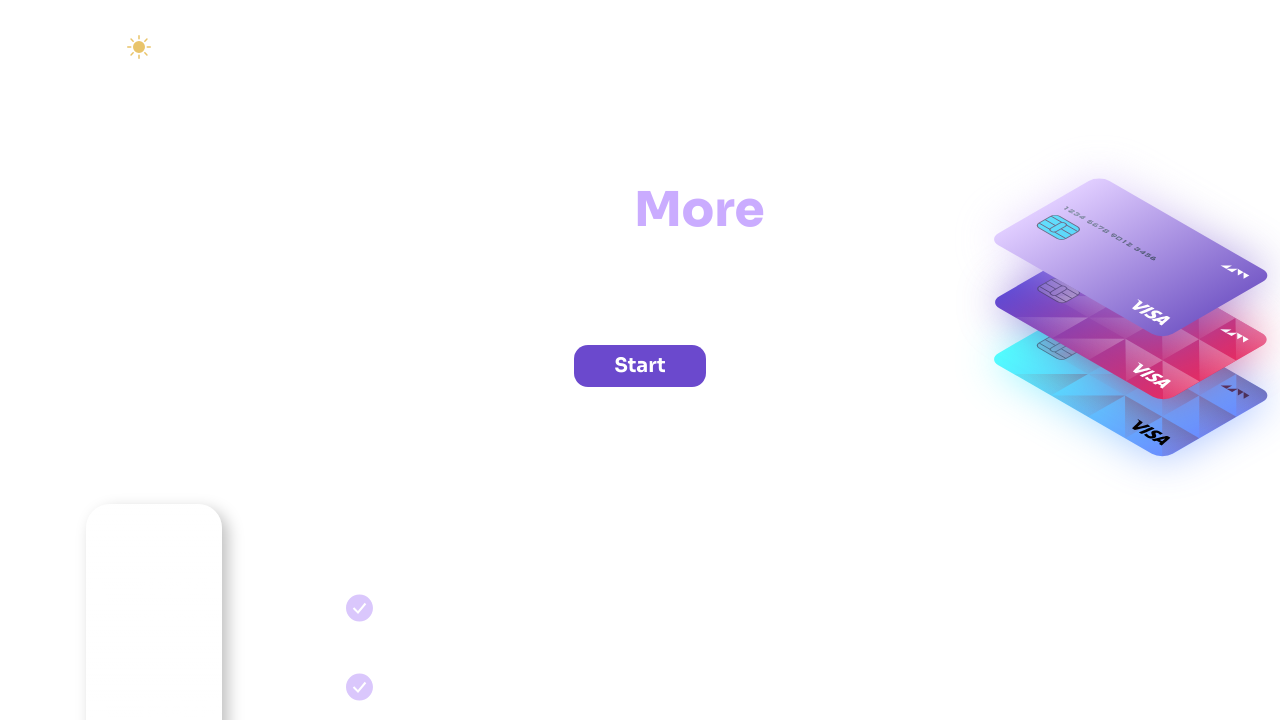
Repository: NBlue/react-tailwind
Page: /
An editor plug-in stored every save of this project. The page is shown before and after the next save, followed by the edit.
The browser window is 1280 px wide. The pictures show the whole page.
An inner scrolling area shows only its first screen. The project was rebuilt for these pictures with package versions that can differ from the ones it lists, and the page was loaded fresh each time. Also part of the build but not shown: src/App.css.

Above is the page before, as saved 2022-03-29 15:09:16.

### public/index.html
<!DOCTYPE html>
<html lang="en">

<head>
  <meta charset="utf-8" />
  <link rel="icon" href="%PUBLIC_URL%/favicon.ico" />
  <meta name="viewport" content="width=device-width, initial-scale=1" />
  <meta name="theme-color" content="#000000" />
  <meta name="description" content="Web site created using create-react-app" />
  <link rel="apple-touch-icon" href="%PUBLIC_URL%/logo192.png" />
  <!--
      manifest.json provides metadata used when your web app is installed on a
      user's mobile device or desktop. See https://developers.google.com/web/fundamentals/web-app-manifest/
    -->
  <link rel="manifest" href="%PUBLIC_URL%/manifest.json" />
  <!--
      Notice the use of %PUBLIC_URL% in the tags above.
      It will be replaced with the URL of the `public` folder during the build.
      Only files inside the `public` folder can be referenced from the HTML.

      Unlike "/favicon.ico" or "favicon.ico", "%PUBLIC_URL%/favicon.ico" will
      work correctly both with client-side routing and a non-root public URL.
      Learn how to configure a non-root public URL by running `npm run build`.
    -->
  <link rel="preconnect" href="https://fonts.googleapis.com">
  <link rel="preconnect" href="https://fonts.gstatic.com" crossorigin>
  <link
    href="https://fonts.googleapis.com/css2?family=Poppins:wght@300;400;500;600;700&family=Sora:wght@600;700;800&display=swap"
    rel="stylesheet">
  <title>React App</title>
</head>

<body>
  <noscript>You need to enable JavaScript to run this app.</noscript>
  <div id="root"></div>
  <!--
      This HTML file is a template.
      If you open it directly in the browser, you will see an empty page.

      You can add webfonts, meta tags, or analytics to this file.
      The build step will place the bundled scripts into the <body> tag.

      To begin the development, run `npm start` or `yarn start`.
      To create a production bundle, use `npm run build` or `yarn build`.
    -->
</body>

</html>

### src/index.js
import React from "react";
import ReactDOM from "react-dom";
import "./index.css";
import App from "./App";

ReactDOM.render(
    <React.StrictMode>
        <App />
    </React.StrictMode>,
    document.getElementById("root")
);

// If you want to start measuring performance in your app, pass a function
// to log results (for example: reportWebVitals(console.log))
// or send to an analytics endpoint. Learn more: https://bit.ly/CRA-vitals

### src/index.css
@tailwind base;
@tailwind components;
@tailwind utilities;

/* Giống mixi trong scss, tái sử dụng code */
@layer components {
    .check-content {
        @apply mb-[51px] flex gap-8 ml-[70px] mr-[29px] items-center;
    }
    .nav-hover {
        @apply hover:text-purple-500 transition-all duration-500 cursor-pointer;
    }
}

### src/App.js
import "./App.css";
import Content from "./component/Content/Content";
import NavBar from "./component/Navbar/Navbar";
import Slogan from "./component/Slogan/Slogan";

import { useEffect, useState } from "react";

function App() {
    const [windowSize, setWindowSize] = useState({
        width: undefined,
        height: undefined,
    });
    const [isMobile, setMobile] = useState(false);

    // Set windowSize để tùy chỉnh màn hình, useEffect này thuộc trường hợp 2 lấy ngay lần đầu
    useEffect(() => {
        const handleSize = () => {
            setWindowSize({
                width: window.innerWidth,
                height: window.innerHeight,
            });
        };
        window.addEventListener("resize", handleSize);
        handleSize();
        return () => window.removeEventListener("resize", handleSize);
    }, []);

    useEffect(() => {
        // Nếu chiều rộng màn hình < 500 thì nó là mobile
        if (windowSize.width < 500) {
            setMobile(true);
        } else {
            setMobile(false);
        }
    }, [windowSize]);

    return (
        <div className="font-sora overflow-y-auto overflow-x-hidden h-screen px-4 py-8 text-white bg-gradient-to-b dark:from-purple-900 to-purple-700">
            <NavBar isMobile={isMobile} />
            <Slogan />
            <Content />
        </div>
    );
}

export default App;

### src/component/Content/Content.jsx
import { FaUser } from "react-icons/fa";
import { BsFillCreditCardFill } from "react-icons/bs";
import checkIconMobile from "../../assets/mobile/checkpoint.svg";

import { useSpring, animated } from "react-spring";

const Content = () => {
    // animation customer bằng react spring
    // Muốn số chạy từ 0 đến 10245
    const customer = useSpring({ customers: 10245, from: { customers: 0 } });
    const card = useSpring({ cards: 12045, from: { cards: 0 } });

    return (
        <section className="md:flex md:flex-row">
            <div className="ml-[70px] mr-[54px] font-bold  flex flex-col items-center bg-gradient-to-b shadow-md from-white/40 to transparent rounded-[24px] text-white">
                <div className="mt-16 gap-8 flex items-start">
                    <FaUser size={"22px"} className="mt-3" />
                    <div className="text-26">
                        <animated.div>
                            {/* Math.floor: làm tròn giá trị */}
                            {customer.customers.to((val) => Math.floor(val))}
                        </animated.div>
                        <p className="text-13 font-semibold">Customer</p>
                    </div>
                </div>
                <div className="mt-16 gap-8 flex items-start">
                    <BsFillCreditCardFill size={"22px"} className="mt-[12px]" />
                    <div className="text-26">
                        <animated.div>
                            {/* Math.floor: làm tròn giá trị */}
                            {card.cards.to((val) => Math.floor(val))}
                        </animated.div>
                        <p className="text-13 font-semibold mb-[36px]">
                            Cards Issued
                        </p>
                    </div>
                </div>
            </div>
            <div className="text-13 flex flex-col w-[100%] mt-[90px] font-semibold">
                <div className="check-content">
                    <img src={checkIconMobile} alt="" />
                    <p> Card reports sent to your phone every weeks</p>
                </div>
                <div className="check-content">
                    <img src={checkIconMobile} alt="" />
                    <p> No external fees</p>
                </div>
                <div className="check-content">
                    <img src={checkIconMobile} alt="" />
                    <p> Set spending limits and restrictions</p>
                </div>
            </div>
        </section>
    );
};
export default Content;

### src/component/Navbar/Navbar.jsx
import { BsFillSunFill } from "react-icons/bs"; //bs là 2 chữ cái đầu tiên
import { HiOutlineMenu } from "react-icons/hi";
import { MdOutlineClose } from "react-icons/md";

import { useState } from "react";

const NavBar = ({ isMobile }) => {
    const [openMenu, setOpenMenu] = useState(false);
    const handleMenu = () => {
        setOpenMenu(!openMenu);
    };
    return (
        <nav className="flex items-center ">
            <div className="flex items-center ">
                <div className="text-[20px] font-bold mr-2">NerdCard</div>
                <BsFillSunFill
                    size={"24px"}
                    color="#e9c46a"
                    className="cursor-pointer"
                />
            </div>
            <ul className="md:flex md:gap-10 ml-auto text-16 font-semibold">
                {/* Nếu openMenu là true thì hiện cái close kia ra ko thì hiện menu hambogo */}
                {openMenu && isMobile ? (
                    <MdOutlineClose
                        size={"24px"}
                        className="cursor-pointer"
                        onClick={handleMenu}
                    />
                ) : !openMenu && isMobile ? (
                    <HiOutlineMenu
                        size={"24px"}
                        className="cursor-pointer"
                        onClick={handleMenu}
                    />
                ) : (
                    <>
                        <li className="nav-hover">Feature</li>
                        <li className="nav-hover">Menu</li>
                        <li className="nav-hover">Out Story</li>
                        <li className="nav-hover ml-28">Contact</li>
                    </>
                )}
                {openMenu && (
                    <div className="absolute right-8 bg-white p-8 text-center text-black text-13 cursor-pointer">
                        <li>Feature</li>
                        <li>Menu</li>
                        <li>Out Story</li>
                        <li>Contact</li>
                    </div>
                )}
            </ul>
        </nav>
    );
};
export default NavBar;

### src/component/Slogan/Slogan.jsx
import Cards from "../../assets/desktop/isocard.svg";

const Slogan = () => {
    return (
        <section className="text-36 my-14 relative font-extrabold md:my-28 md:grid md:grid-cols-3 md:items-center md:text-48">
            <div className="text-center md:col-span-1 md:col-start-2">
                <p>
                    Earn <span className="text-purple-300">More</span>
                </p>
                <p className=""> Pay Less </p>
                <button className="text-20 px-6 py-[6px] font-bold mt-[27px] bg-purple-500 rounded-[14px] hover:bg-pink-500 transition-all duration-300 md:px-10">
                    Start
                </button>
            </div>
            <div className="mt-[69px] md:absolute md:right-[-90px]">
                <img src={Cards} alt="" />
            </div>
        </section>
    );
};

export default Slogan;

### tailwind.config.js
module.exports = {
    content: ["./src/**/*.{js,jsx,ts,tsx}"],
    theme: {
        // Tự custom:
        fontFamily: {
            sora: ["Sora"],
        },
        extend: {
            colors: {
                "purple-200": "#DAC7FC",
                "purple-300": "#CAACFF",
                "purple-500": "#6B49CD",
                "purple-700": "#5D0096",
                "purple-900": "#210035",
                "pink-500": "#AD26FF",
            },
            fontSize: {
                13: "13px",
                14: "14px",
                16: "16px",
                20: "20px",
                26: "26px",
                24: "24px",
                32: "32px",
                36: "36px",
                48: "48px",
            },
            boxShadow: {
                md: "6px 6px 16px 0 rgba(0, 0, 0, 0.25),-4px -4px 12px 0 rgba(255, 255, 255, 0.3);",
            },
        },
    },
    plugins: [],
};

After the next save:
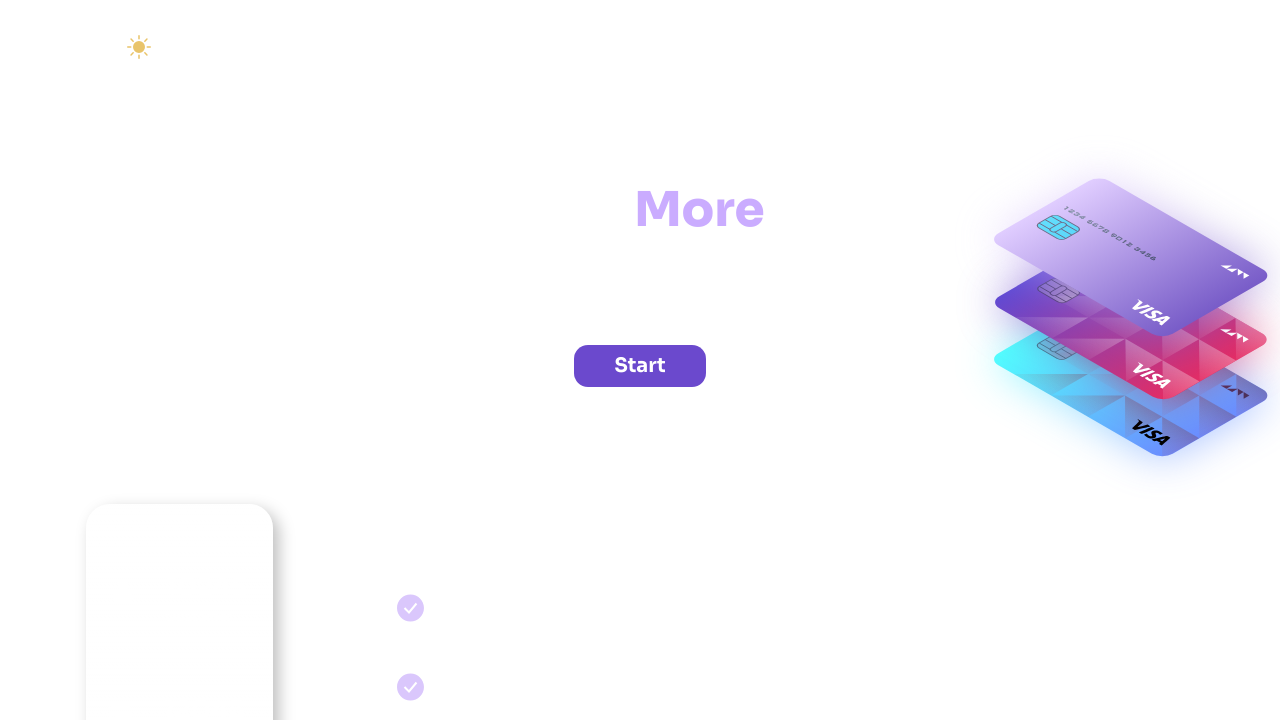
Saved 65 s later.
--- a/src/component/Content/Content.jsx
+++ b/src/component/Content/Content.jsx
@@ -12,7 +12,7 @@
 
     return (
         <section className="md:flex md:flex-row">
-            <div className="ml-[70px] mr-[54px] font-bold  flex flex-col items-center bg-gradient-to-b shadow-md from-white/40 to transparent rounded-[24px] text-white">
+            <div className="ml-[70px] mr-[54px] font-bold  flex flex-col items-center bg-gradient-to-b shadow-md from-white/40 to transparent rounded-[24px] text-white md:w-[20%]">
                 <div className="mt-16 gap-8 flex items-start">
                     <FaUser size={"22px"} className="mt-3" />
                     <div className="text-26">
